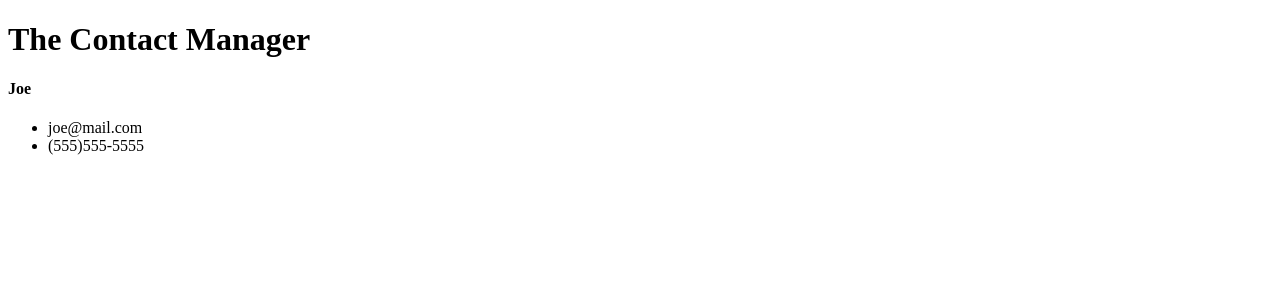
Repository: MikeTroianello/Contact-Manager
Page: /contact/add
An editor plug-in stored every save of this project. The page is shown before and after the next save, followed by the edit.
The browser window is 1280 px wide. The pictures show the whole page.
The project was rebuilt for these pictures with package versions that can differ from the ones it lists, and the page was loaded fresh each time. Also part of the build but not shown: src/App.css.

Above is the page before, as saved 2019-05-18 23:41:18.

### src/App.js
import React from "react";
import Contact from "./components/Contact";
import "./App.css";
import Header from "./components/Header";

function App() {
  return (
    <div className="App">
      <Header branding="The Contact Manager" />
      <Contact name="Joe" email="joe@mail.com" phone="(555)555-5555" />
    </div>
  );
}

export default App;

### src/components/Contact.js
import React, { Component } from "react";

class Contact extends Component {
  render() {
    return (
      <div>
        <h4>{this.props.name}</h4>
        <ul>
          <li>{this.props.email}</li>
          <li>{this.props.phone}</li>
        </ul>
      </div>
    );
  }
}

export default Contact;

### src/components/Header.js
import React from "react";

const Header = props => {
  return (
    <div>
      <h1>{props.branding}</h1>
    </div>
  );
};

export default Header;

Loaded but not shown: src/index.js (common file); src/serviceWorker.js (common file)

After the next save:
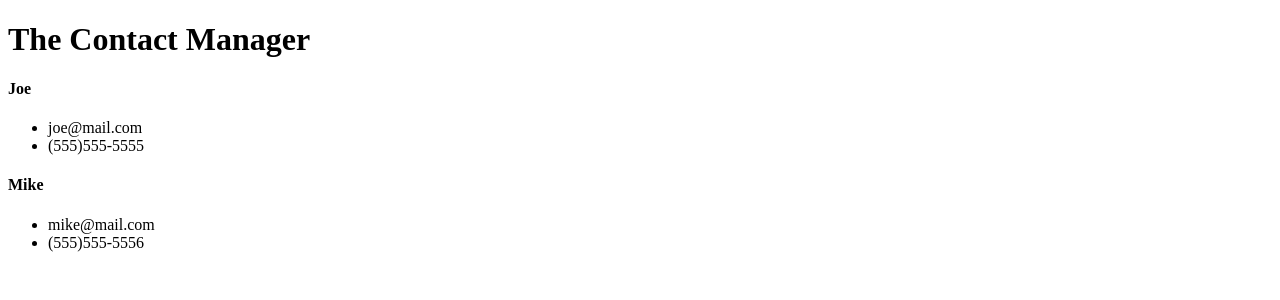
Saved 35 s later.
--- a/src/App.js
+++ b/src/App.js
@@ -8,6 +8,7 @@ function App() {
     <div className="App">
       <Header branding="The Contact Manager" />
       <Contact name="Joe" email="joe@mail.com" phone="(555)555-5555" />
+      <Contact name="Mike" email="mike@mail.com" phone="(555)555-5556" />
     </div>
   );
 }
